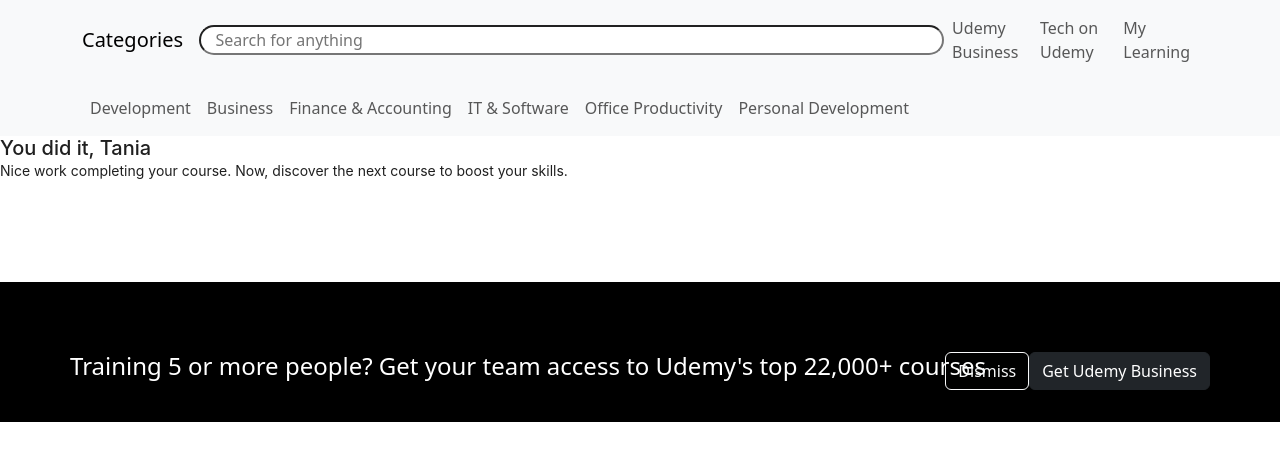
Repository: Taniafdes/newProject
Page: /
These files come from the project's save history. The page is drawn as it stood at one moment and after the next save; the edit follows.
The browser window is 1280 px wide. The pictures show the whole page.
The project was rebuilt for these pictures with package versions that can differ from the ones it lists, and the page was loaded fresh each time. The framework's server and built-in components were replaced by stand-ins that run in the browser. Also part of the build but not shown: next.config.js.

Above is the page before, as saved 2023-06-15 17:03:52.

After the next save:
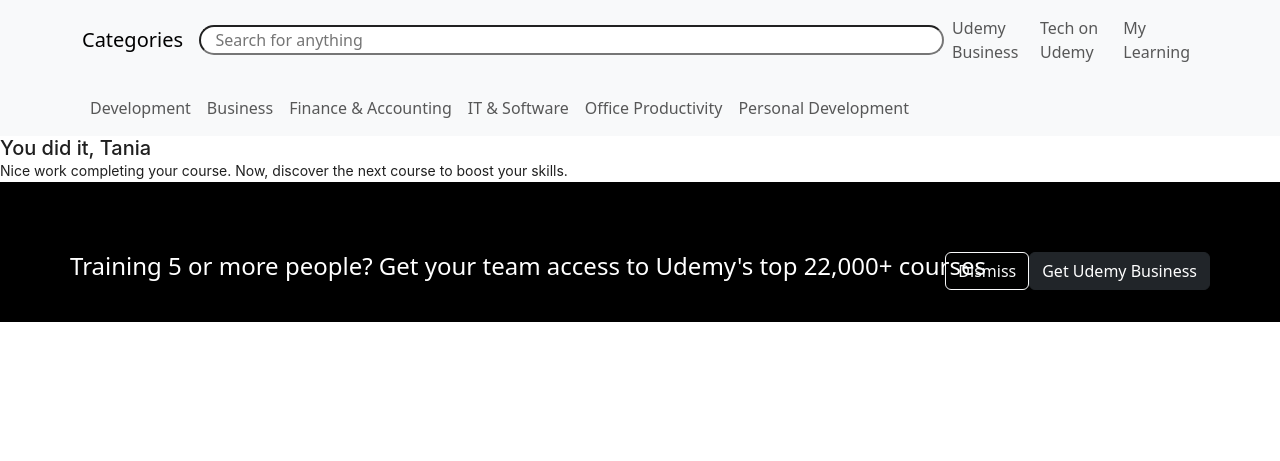
Saved 4 s later.
--- a/pages/home/home.js
+++ b/pages/home/home.js
@@ -26,7 +26,7 @@
       </Card.Body>
       </div>
       <div>
-      <Image src='/images/image3.jpg' width={0} height={0} style={{ width: '100%', height: '100px' }}/>
+      <Image src='/images/image3.jpg' width={0} height={0} />
         <Card.Body>
         <Card.Title>Skills for your future</Card.Title>
         <Card.Text>Expand your potential with a course for as little as ₹529. Sale ends June 16.
